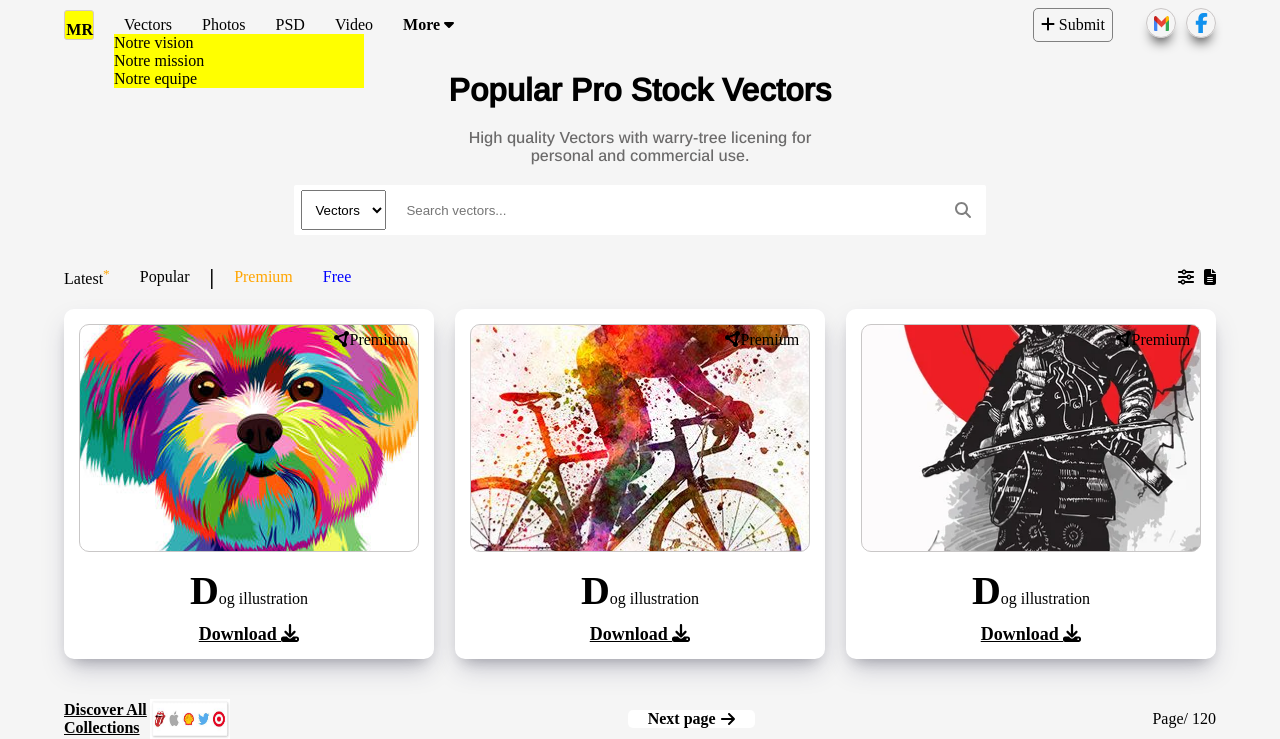
Repository: kegbaDev/VectorTemplate
Page: /
The author's editor kept a copy of each file at every save. The page is drawn from the files as they stood at one save, then again after the next save.
The browser window is 1280 px wide. The pictures show the whole page.
The project was rebuilt for these pictures with package versions that can differ from the ones it lists, and the page was loaded fresh each time. Also part of the build but not shown: vite.config.js.

Above is the page before, as saved 2023-04-14 01:51:09.

### index.html
<!DOCTYPE html>
<html lang="en">
  <head>
    <meta charset="UTF-8" />
    <link rel="icon" href="/favicon.ico" />
    <meta name="viewport" content="width=device-width, initial-scale=1.0" />
    <title>Vite App</title>
  </head>
  <body style="background-color: rgb(245, 245, 245)">
    <div id="app"></div>
    <script type="module" src="/src/main.js"></script>
  </body>
</html>

### src/main.js
import { createApp } from 'vue'
import App from './App.vue'

// fontawesome importation
import '@fortawesome/fontawesome-free/css/all.css'
import '@fortawesome/fontawesome-free/js/all.js'

createApp(App).mount('#app')

### src/App.vue
<template>
<div class="wrapper">
  <div class="navbar">
    <div class="left bounce">
      <div class="logo">MR</div>
      <ul>
        <li>
          Vectors
          <div class="sous_menu">
            <ul class="liens">
              <li class="lien">Notre vision</li>
              <li class="lien">Notre mission</li>
              <li class="lien">Notre equipe</li>
            </ul>
          </div>
        </li>
        <li>Photos</li>
        <li>PSD</li>
        <li>Video</li>
        <li><span class="more" >More</span><i class="fa-solid fa-caret-down"></i></li>
      </ul>
    </div>
    <div class="right">
      <div class="submit">
        <i class="fa-solid fa-plus"></i>
        Submit
      </div>
      <div class="logo_collection">
        <div class="logo_card">
          <img src="./assets/gmail-logo-16.png" alt="google-icon" width="15px" height="15px">
        </div>
        <div class="logo_card">
          <i class="fa-brands fa-facebook-f" style="color: #1191ee; width: 25px;height: 20px;"></i>
        </div>
      </div>
    </div>
  </div>


  <!-- Second component -->


  <div class="text_section">
    <h1 class="title slideInUp">Popular Pro Stock Vectors</h1>
    <p class="paragraph slideInUp">
      High quality Vectors with warry-tree licening for <br>
      personal and commercial use.
    </p>
    <div class="input_card slideInRight">
      <select name="" id="">
        <option value="value1">Vectors</option>
        <option value="value2">Vectors</option>
      </select>
      <input type="text" placeholder="Search vectors... ">
      <i class="fa-solid fa-magnifying-glass" style="color: grey; margin-right: 15px;"></i>
    </div>
  </div>

  <!-- Third component -->

  <div class="row">
    <div class="left-row">
      <ul>
        <li>Latest<sup style="color:orange">*</sup></li>
        <li>Popular</li>
      </ul>
      <span class="pipe">
        |
      </span>
      <ul>
        <li style="color:orange">Premium</li>
        <li style="color:blue">Free</li>
      </ul>
    </div>
    <div class="right-row">
      <i class="fa-solid fa-sliders"></i>
      <i class="fa-solid fa-file-lines"></i>
    </div>
  </div>

  <!-- Fourth component  -->

  <div class="card_content slideInUp">
    <div class="main_card">
      <div class="image_and_text_space">
        <i class="fa-solid fa-circle-nodes"></i>Premium
      </div>
      <p style="margin-bottom: 10px;"><span style="text-transform: uppercase; font-weight: bolder; font-size: 40px;">D</span>og illustration</p>
      <p class="download">Download <i class="fa-solid fa-download"></i></p>
    </div>
    <div class="main_card">
      <div class="image_and_text_space2">
        <i class="fa-solid fa-circle-nodes"></i>Premium
      </div>
      <p style="margin-bottom: 10px;"><span style="text-transform: uppercase; font-weight: bolder; font-size: 40px;">D</span>og illustration</p>
      <p class="download">Download <i class="fa-solid fa-download"></i></p>
    </div>
    <div class="main_card">
      <div class="image_and_text_space3">
        <!-- <img src="./assets/154416(1).svg" width="209px" height="300px" alt=""> -->
        <i class="fa-solid fa-circle-nodes"></i>Premium
      </div>
      <p style="margin-bottom: 10px;"><span style="text-transform: uppercase; font-weight: bolder; font-size: 40px;">D</span>og illustration</p>
      <p class="download">Download <i class="fa-solid fa-download"></i></p>
    </div>
    <!-- <div class="main_card">
      <div class="image_and_text_space">
        Premium
      </div>
      <p>Dog illustration</p>
      <p class="download">Download<i class="fa-solid fa-download"></i></p>
    </div>
    <div class="main_card">
      <div class="image_and_text_space">
        Premium
      </div>
      <p>Dog illustration</p>
      <p class="download">Download<i class="fa-solid fa-download"></i></p>
    </div> -->
  </div>

  <!-- Last component -->
  <div class="last_row">
    <div class="start">
      <div class="part">
        Discover All <br>
        Collections
      </div>
      <img src="./assets/imagesfinal.jpg" alt="" style="width: 80px; height: 40px;">
    </div>
    <div class="between">
      Next page <i class="fa-solid fa-arrow-right"></i>
    </div>
    <div class="end">
      Page/ 120
    </div>
  </div>
</div>




</template>

<script setup>

</script>


<style scoped>
@import url('https://fonts.googleapis.com/css2?family=Arimo:wght@500&display=swap');
.wrapper{
  height: 100vh;
  width: 90vw;
  margin:auto;
}
*{
  padding: 0px;
  margin: 0px;
  box-sizing: border-box;
  /* font-family: 'Arimo', sans-serif; */
}
.left{
  display: flex;
  align-items: center;
}

ul{
  list-style: none;
  display: flex;
  gap: 30px;
  margin-left: 30px;
}
ul li{
  cursor: pointer;
}
.more{
  font-weight: bolder;
  padding-right: 4px;
}
.logo{
  width: 30px;
  height: 30px;
  border: 1px solid rgb(214, 201, 201);
  background-color: yellow;
  font-weight: bolder;
  display: flex;
  justify-content: end;
  align-items: end;
  border-radius: 3px;
  cursor: pointer;
}
.navbar{
  display: flex;
  justify-content: space-between;
}
.right{
  display: flex;
  gap: 3px;
}
.submit{
  border: 1px solid gray;
  padding: 7px;
  margin-right: 30px;
  border-radius: 5px;
  background-color: rgba(234, 233, 233, 0.03);
  cursor: pointer;
  transition: all 400ms ease-in-out;
}
.submit:hover{
  background-color: yellow;
  /* font-weight: bolder; */
  scale: 1.1;
}
.logo_collection{
  display: flex;
  gap: 10px;
}
.logo_card{
  width: 30px;
  height: 30px;
  border: 1px solid black;
  display: flex;
  align-items: center;
  justify-content: center;
  border-radius: 50%;
  border-color: rgb(202, 198, 198);
  -webkit-box-shadow: 0px 10px 13px -7px #000000, -2px -2px 15px 6px rgba(26,17,18,0);
  box-shadow: 0px 10px 13px -7px #000000, -2px -2px 15px 6px rgba(26,17,18,0);
  cursor: pointer;transition: all 300ms ease-in-out;

}
.logo_card:hover{
  -webkit-box-shadow: 0px 10px 13px -7px #000000, -2px -2px 15px 6px rgba(26,17,18,0);
  box-shadow: 0px 10px 13px -7px #000000, -2px -2px 15px 6px rgba(26,17,18,0);
  scale: 1.2;

}

              /* Menu deroulant */
.sous_menu .liens{
  position: absolute;
  display: block;
  background-color: yellow;
  width: 250px;
  margin-left: -10px;
}

              /* Menu deroulant */

/* Second composant */

.text_section{
  margin: 30px auto;
  text-align: center;
}
.title{
  font-family: 'Arimo', sans-serif;
  margin-bottom: 20px;
}
.paragraph{
  font-family: 'Arimo', sans-serif;
  margin-bottom: 20px;
  color: rgb(107, 106, 106);
}
.input_card{
  width: 60%;
  height: 50px;
  background-color: white;
  margin: auto;
  display: flex;
  align-items: center;
  border-radius: 2px;
}
input{
  width: 100%;
  padding-left: 20px;
  border: none;
}
input, select{
  height: 40px;
}
select{
  padding: 9px;
  margin-left: 7px;
}

/* Third component */
.row{
  display: flex;
  justify-content: space-between;
  margin-bottom: 20px;
}
.left-row ul{
  margin: 0px;
  padding: 0px;
  display: flex;
  align-items: center;
}
.left-row, .right-row{
  display: flex;
  align-items: center;
}
.pipe{
  margin: 0px 20px;
}

.pipe{
  font-weight: bolder;
  font-size: 1.3em;
}
.right-row{
  gap: 10px;
}

/* Fourth component */

.card_content{
  display: flex;
  justify-content: space-between;
}
.main_card{
  min-width: 370px;
  min-height: 350px;
  /* border: 1px solid black; */
  border-radius: 10px;
  background-color: white;
  box-shadow: rgba(50, 50, 93, 0.25) 0px 13px 27px -5px, rgba(0, 0, 0, 0.3) 0px 8px 16px -8px;
  padding-bottom: 25px;
  cursor: pointer;
  transition: all 400ms ease-in-out;
}
.main_card:hover{
  scale: 1.02;
}
.main_card p{
  text-align: center;
}
.download{
  font-weight: bolder;
  text-decoration: underline;
  font-size: large;
}
.image_and_text_space{
  padding-top: 6px;
  padding-right: 10px;
  text-align: end;
  height: 70%;
  width: 92%;
  border: 1px solid rgb(201, 199, 199);
  border-radius: 10px;
  margin: 15px auto;
  background-image: url(./assets/chien_color.jpg);
  background-repeat: no-repeat;
  background-position: center;
}
.image_and_text_space2{
  background-image: url(./assets/velo.jpg) !important;
  padding-top: 6px;
  padding-right: 10px;
  text-align: end;
  height: 70%;
  width: 92%;
  border: 1px solid rgb(201, 199, 199);
  border-radius: 10px;
  margin: 15px auto;
  background-repeat: no-repeat;
  background-position: center;
}
.image_and_text_space3{
  background-image: url(./assets/sa.webp) !important;
  padding-top: 6px;
  padding-right: 10px;
  text-align: end;
  height: 70%;
  width: 92%;
  border: 1px solid rgb(201, 199, 199);
  border-radius: 10px;
  margin: 15px auto;
  background-repeat: no-repeat;
  /* object-fit: contain; */
  background-position: center;
}

/* Animation */

.bounce {
  -webkit-animation-name: bounce;
  animation-name: bounce;
  -webkit-transform-origin: center bottom;
  -ms-transform-origin: center bottom;
  transform-origin: center bottom;
  -webkit-animation-duration: 1s;
  animation-duration: 1s;
  -webkit-animation-fill-mode: both;
  animation-fill-mode: both;
  }
  @-webkit-keyframes bounce {
  0%, 20%, 53%, 80%, 100% {
  -webkit-transition-timing-function: cubic-bezier(0.215, 0.610, 0.355, 1.000);
  transition-timing-function: cubic-bezier(0.215, 0.610, 0.355, 1.000);
  -webkit-transform: translate3d(0,0,0);
  transform: translate3d(0,0,0);
  }
  40%, 43% {
  -webkit-transition-timing-function: cubic-bezier(0.755, 0.050, 0.855, 0.060);
  transition-timing-function: cubic-bezier(0.755, 0.050, 0.855, 0.060);
  -webkit-transform: translate3d(0, -30px, 0);
  transform: translate3d(0, -30px, 0);
  }
  70% {
  -webkit-transition-timing-function: cubic-bezier(0.755, 0.050, 0.855, 0.060);
  transition-timing-function: cubic-bezier(0.755, 0.050, 0.855, 0.060);
  -webkit-transform: translate3d(0, -15px, 0);
  transform: translate3d(0, -15px, 0);
  }
  90% {
  -webkit-transform: translate3d(0,-4px,0);
  transform: translate3d(0,-4px,0);
  }
  }

  @keyframes bounce {
  0%, 20%, 53%, 80%, 100% {
  -webkit-transition-timing-function: cubic-bezier(0.215, 0.610, 0.355, 1.000);
  transition-timing-function: cubic-bezier(0.215, 0.610, 0.355, 1.000);
  -webkit-transform: translate3d(0,0,0);
  transform: translate3d(0,0,0);
  }
  40%, 43% {
  -webkit-transition-timing-function: cubic-bezier(0.755, 0.050, 0.855, 0.060);
  transition-timing-function: cubic-bezier(0.755, 0.050, 0.855, 0.060);
  -webkit-transform: translate3d(0, -30px, 0);
  transform: translate3d(0, -30px, 0);
  }
  70% {
  -webkit-transition-timing-function: cubic-bezier(0.755, 0.050, 0.855, 0.060);
  transition-timing-function: cubic-bezier(0.755, 0.050, 0.855, 0.060);
  -webkit-transform: translate3d(0, -15px, 0);
  transform: translate3d(0, -15px, 0);
  }
  90% { -webkit-transform: translate3d(0,-4px,0); transform: translate3d(0,-4px,0);
  }
}
.slideInUp {
  -webkit-animation-name: slideInUp;
  animation-name: slideInUp;
  -webkit-animation-duration: 1s;
  animation-duration: 1s;
  -webkit-animation-fill-mode: both;
  animation-fill-mode: both;
  }
  @-webkit-keyframes slideInUp {
  0% {
  -webkit-transform: translateY(100%);
  transform: translateY(100%);
  visibility: visible;
  }
  100% {
  -webkit-transform: translateY(0);
  transform: translateY(0);
  }
  }
  @keyframes slideInUp {
  0% {
  -webkit-transform: translateY(100%);
  transform: translateY(100%);
  visibility: visible;
  }
  100% {
  -webkit-transform: translateY(0);
  transform: translateY(0);
  }
}

.slideInRight {
  -webkit-animation-name: slideInRight;
  animation-name: slideInRight;
  -webkit-animation-duration: 1s;
  animation-duration: 1s;
  -webkit-animation-fill-mode: both;
  animation-fill-mode: both;
  }
  @-webkit-keyframes slideInRight {
  0% {
  -webkit-transform: translateX(100%);
  transform: translateX(100%);
  visibility: visible;
  }
  100% {
  -webkit-transform: translateX(0);
  transform: translateX(0);
  }
  }
  @keyframes slideInRight {
  0% {
  -webkit-transform: translateX(100%);
  transform: translateX(100%);
  visibility: visible;
  }
  100% {
  -webkit-transform: translateX(0);
  transform: translateX(0);
  }
  }

.slideInUp {
  -webkit-animation-name: slideInUp;
  animation-name: slideInUp;
  -webkit-animation-duration: 1s;
  animation-duration: 1s;
  -webkit-animation-fill-mode: both;
  animation-fill-mode: both;
  }
  @-webkit-keyframes slideInUp {
  0% {
  -webkit-transform: translateY(100%);
  transform: translateY(100%);
  visibility: visible;
  }
  100% {
  -webkit-transform: translateY(0);
  transform: translateY(0);
  }
  }
  @keyframes slideInUp {
  0% {
  -webkit-transform: translateY(100%);
  transform: translateY(100%);
  visibility: visible;
  }
  100% {
  -webkit-transform: translateY(0);
  transform: translateY(0);
  }
}

/* Animation */

/* last component */

.last_row{
  margin-top: 40px;
  margin-bottom: 40px;
  display: flex;
  justify-content: space-between;
  align-items: center;
}
.between{
  font-weight: bolder;
  padding: 0px 20px;
  background-color: white;
  border-radius: 5px;
  display: flex;
  justify-content: center;
  align-items: center;
  gap: 5px;
}
.start{
  display: flex;
  align-items: center;
  gap: 3px;
  text-decoration: underline;
  font-weight: bold;
}
</style>

After the next save:
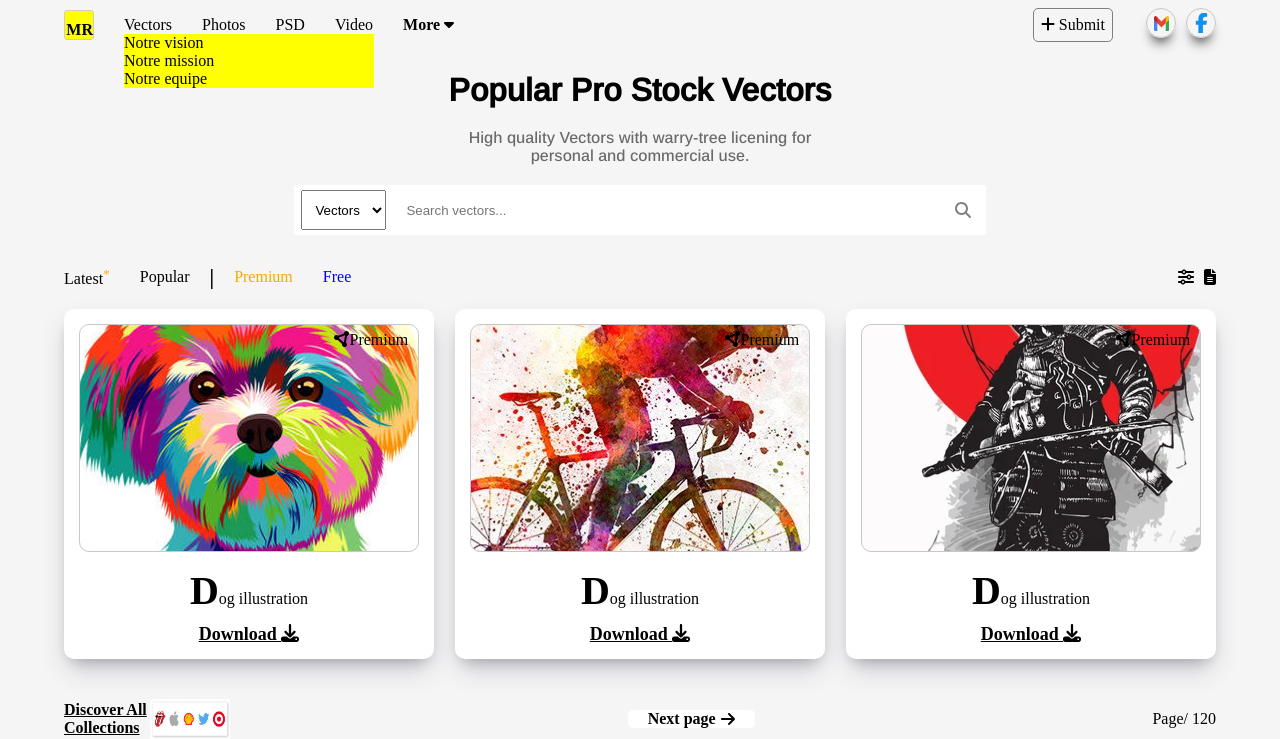
Saved 5 s later.
--- a/src/App.vue
+++ b/src/App.vue
@@ -243,7 +243,7 @@ ul li{
   display: block;
   background-color: yellow;
   width: 250px;
-  margin-left: -10px;
+  margin-left: 0px;
 }
 
               /* Menu deroulant */
